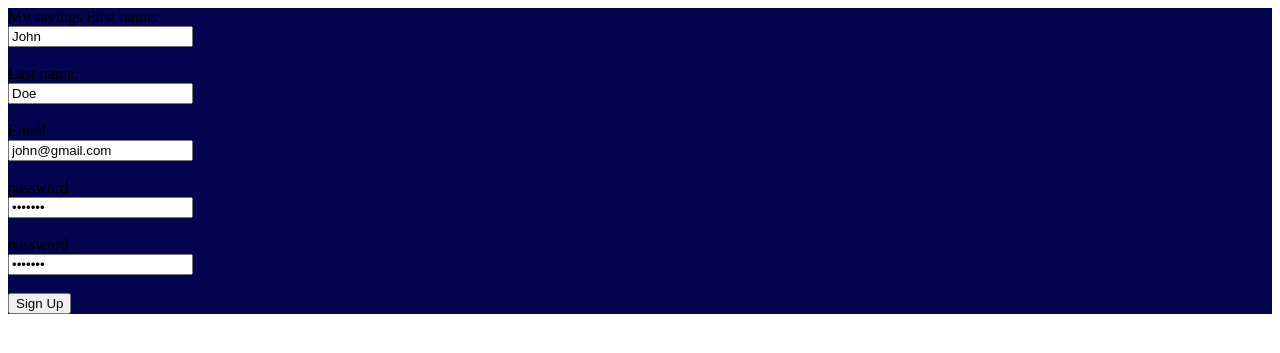
Repository: reemoon-ctrl/hotel-website
Page: mine-form_styling_start.html
The author's editor kept a copy of each file at every save. The page is drawn from the files as they stood at one save, then again after a run of saves.
The browser window is 1280 px wide. The pictures show the whole page.

Above is the page before, as saved 2024-07-20 13:42:59.

After the next 2 saves:
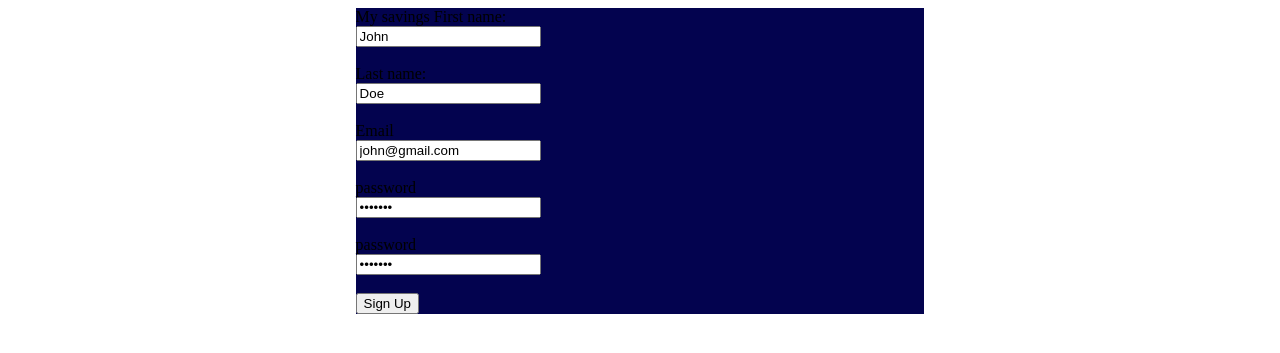
The 2 saves are shown as one change because they came seconds apart.
The last was saved 7 s later.
--- a/mine-form_styling_start.html
+++ b/mine-form_styling_start.html
@@ -11,7 +11,7 @@
     .container{
         margin: auto;
         background: rgb(3, 3, 79);
-        width: ;
+        width: 45%;
 
     }
 </style>
